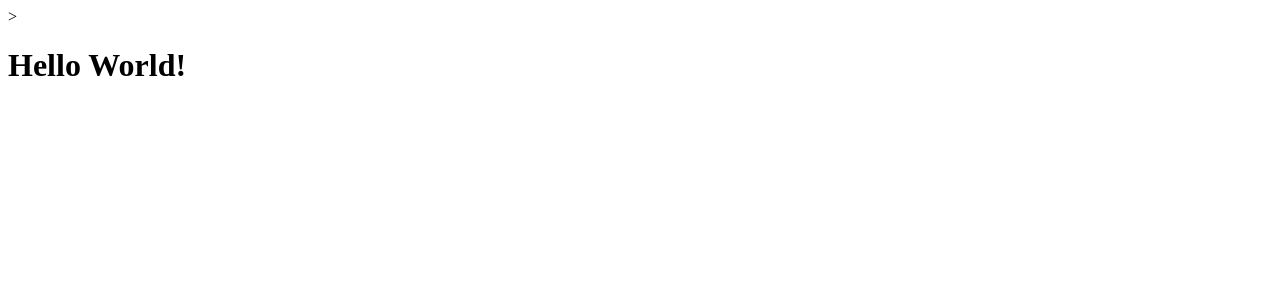
Repository: CKM206/WEBD6201-W2021-Week1
Page: index.html
An editor plug-in stored every save of this project. The page is shown before and after the next save, followed by the edit.
The browser window is 1280 px wide. The pictures show the whole page.

Above is the page before, as saved 2021-01-13 09:40:06.

### index.html
<!doctype html>
<html lang="en">
    <head>
        <meta charset="UTF-8">
        <meta name="viewport" content="width=device-width, initial-scale=1.0">
        <title>Hello World!</title>>
        <!-- CSS Section-->
        <link rel="stylesheet" href="./Content/app.css">
    </head>
    <body>

        <!-- JavaScript Section-->
        <script src="./Scripts/app.js"></script>
        <div>
            <h1>Hello World!</h1>
        </div>
    </body>
</html>

### Content/app.css
/* Custom Css Goes Here */

### Scripts/app.js
/* Custom Scripts Go Here */

// IIFE - Immediatley Invoked Function Expression
//AKA: Anonymous Self-Executing Function
(function()
{
    function Start()
    {
        console.log("App Started...");

        for (let index = 0; index < 5; index++) {
            console.log(index);

        }

    }

    window.addEventListener("load", Start);

    /*
    window.addEventListener("load", ())
        console.log("App Started...");
    */

})();

Loaded but not shown: node_modules/bootstrap/dist/css/bootstrap.min.css (library); node_modules/@fortawesome/fontawesome-free/css/all.min.css (library)

After the next save:
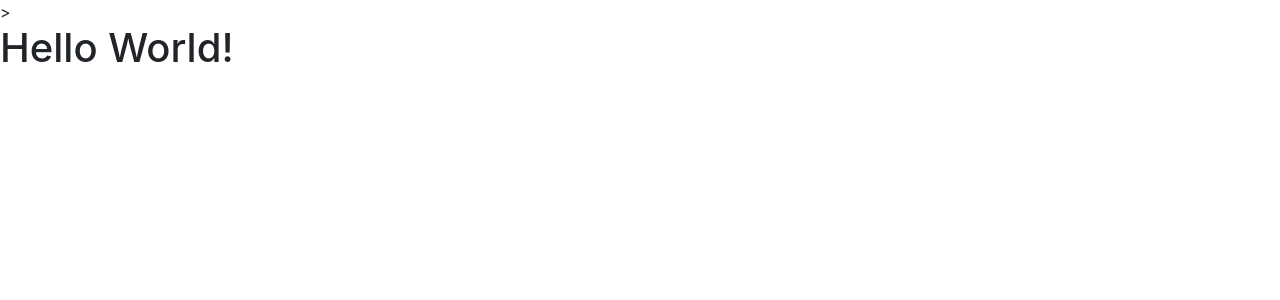
Saved 23 h 30 min later.
--- a/index.html
+++ b/index.html
@@ -4,7 +4,10 @@
         <meta charset="UTF-8">
         <meta name="viewport" content="width=device-width, initial-scale=1.0">
         <title>Hello World!</title>>
-        <!-- CSS Section-->
+        <!-- CSS Section -->
+        <link rel="stylesheet" href="./node_modules/bootstrap/dist/css/bootstrap.min.css">
+        <link rel="stylesheet" href="./node_modules/@fortawesome/fontawesome-free/css/all.min.css">
+
         <link rel="stylesheet" href="./Content/app.css">
     </head>
     <body>
